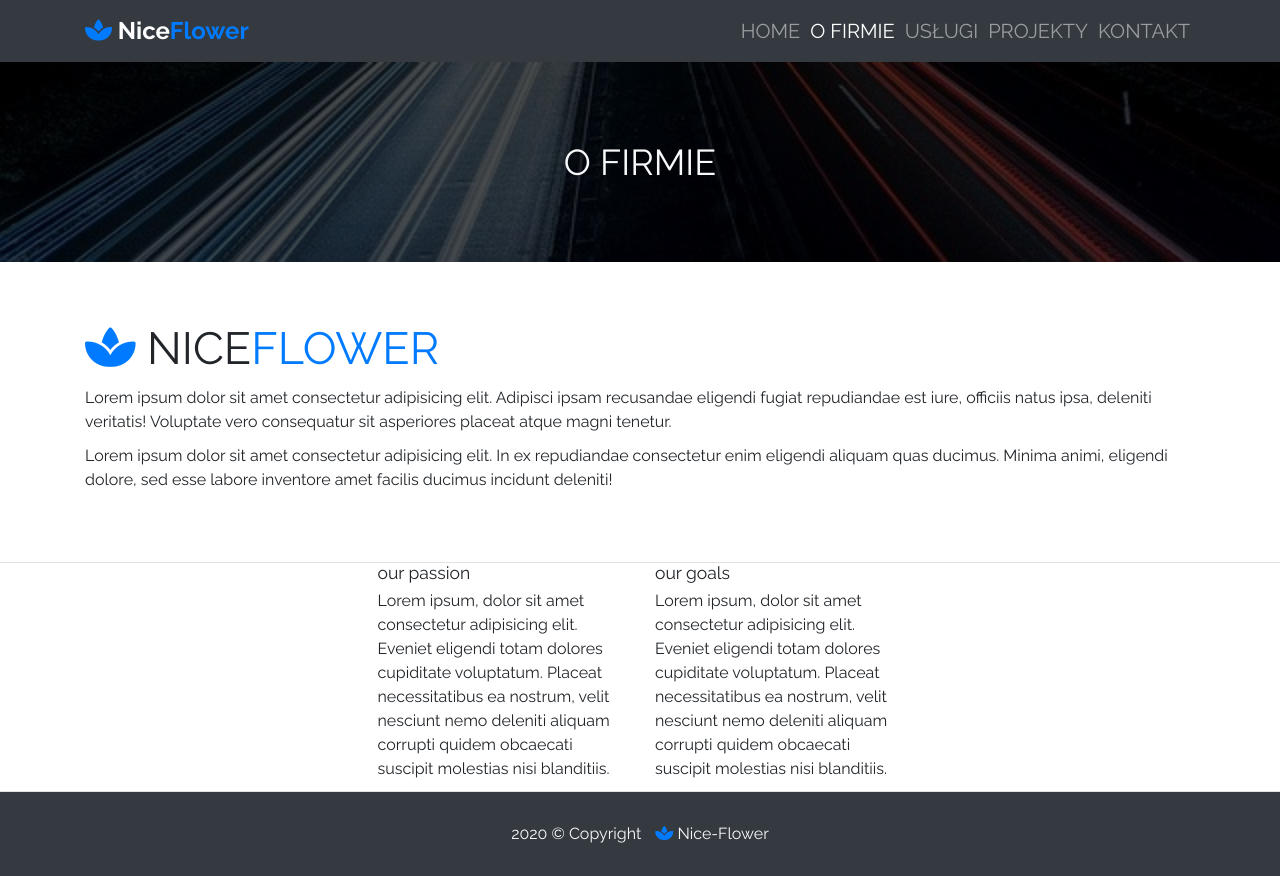
Repository: KrzysKolo/Projekt-13_Kwiaciarnia
Page: abouteus.html
The author's editor kept a copy of each file at every save. The page is drawn from the files as they stood at one save, then again after the next save.
The browser window is 1280 px wide. The pictures show the whole page.
Some web libraries are served in a nearby version.

Above is the page before, as saved 2020-08-10 09:27:53.

After the next save:
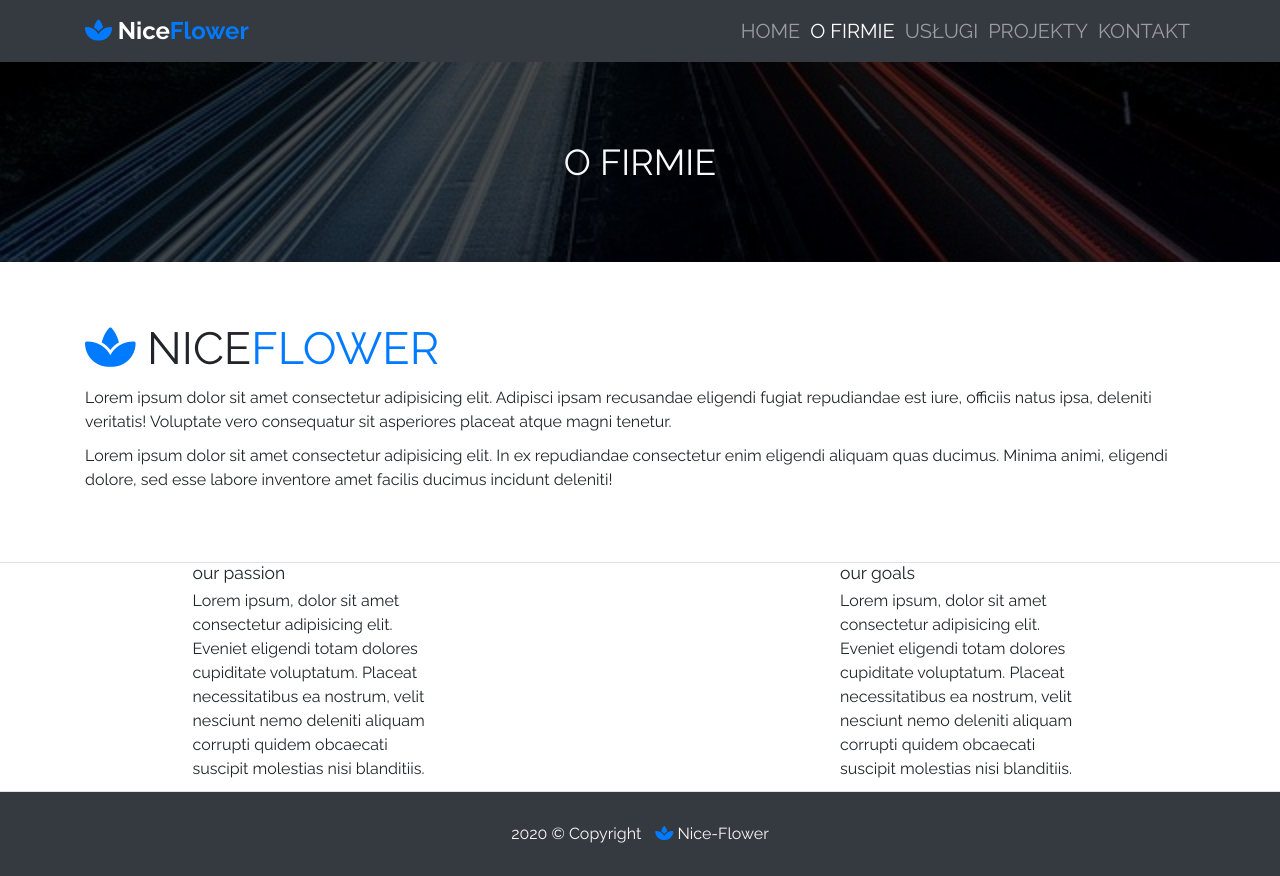
Saved 2 min 23 s later.
--- a/abouteus.html
+++ b/abouteus.html
@@ -97,6 +97,8 @@
                 corrupti quidem obcaecati suscipit molestias nisi blanditiis.
               </p>
             </div>
+            <div class="d-lg-none col aboutus-img"></div>
+            <div class="d-none d-lg-block col-lg-4"></div>
             <div class="col-lg-3 aboutus-text abouts-text-right">
               <h3>our goals</h3>
               <p>
